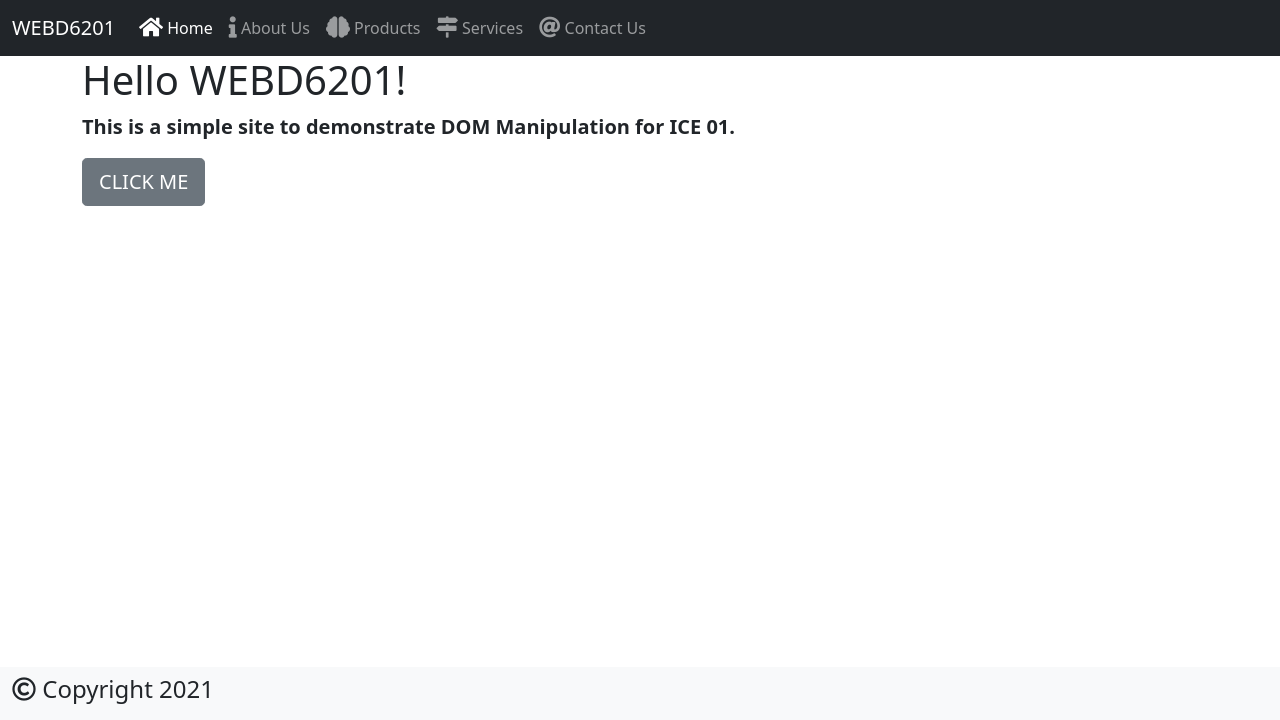
Repository: GarlicButterBoy/WEBD6201-Week1
Page: index.html
An editor plug-in stored every save of this project. The page is shown before and after a run of saves, followed by the edit.
The browser window is 1280 px wide. The pictures show the whole page.

Above is the page before, as saved 2021-01-20 09:48:55.

After the next 3 saves:
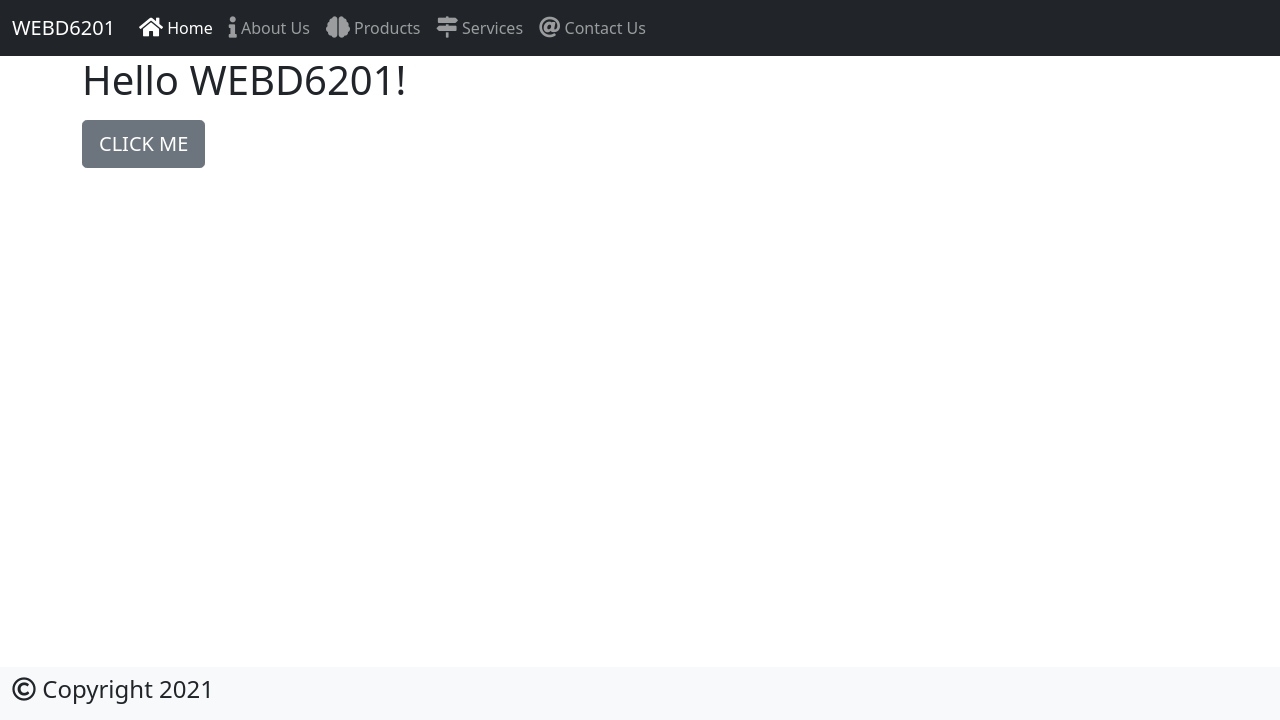
Console error: SyntaxError: Unexpected token 'for'
The 3 saves are shown as one change because they came seconds apart.
The last was saved 8 s later.
--- a/Scripts/app.js
+++ b/Scripts/app.js
@@ -29,7 +29,7 @@
        newParagraph.setAttribute("id", "paragraphTwo");
        newParagraph.textContent = "...And this is paragraph Two.";
        //Step 3. Add/Insert the element
-       let paragrapht
+       let paragraphTwoElement =
 
        for (let index = 0; index < 5; index++)
        {

After the 2 saves that followed:
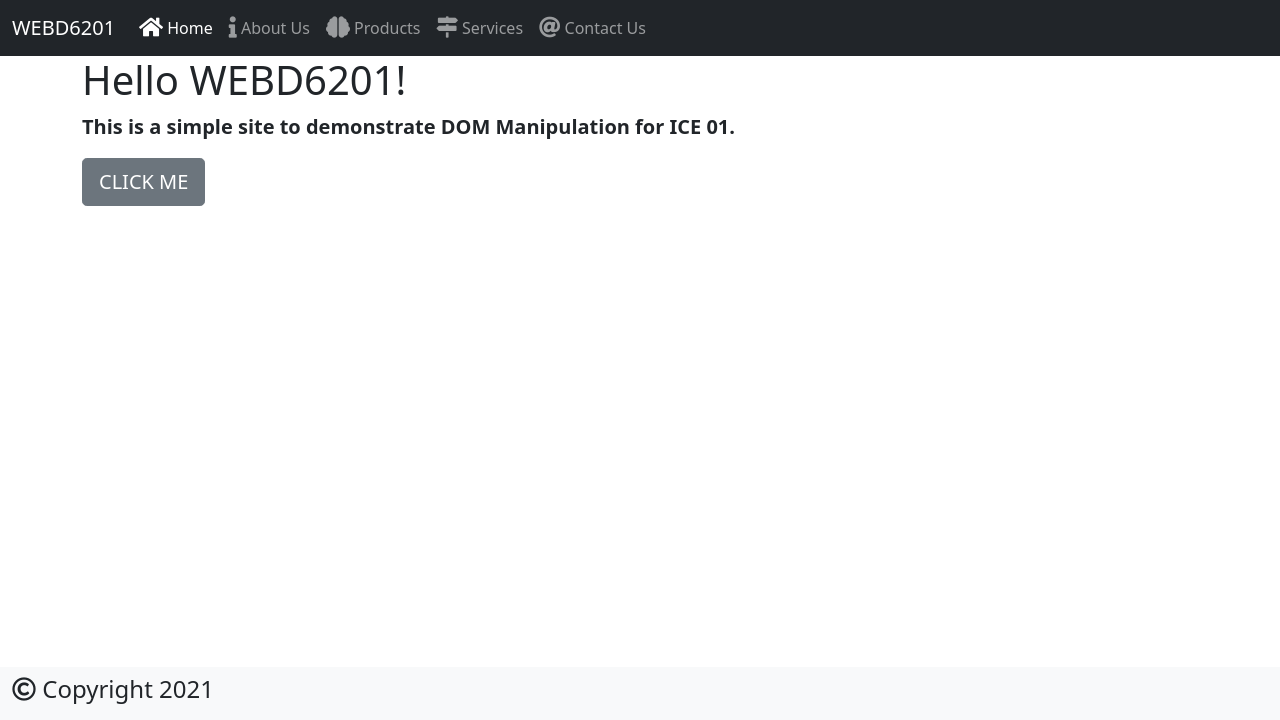
Console error: ReferenceError: docum is not defined
The 2 saves are shown as one change because they came seconds apart.
The last was saved 53 s later.
--- a/Scripts/app.js
+++ b/Scripts/app.js
@@ -29,7 +29,7 @@
        newParagraph.setAttribute("id", "paragraphTwo");
        newParagraph.textContent = "...And this is paragraph Two.";
        //Step 3. Add/Insert the element
-       let paragraphTwoElement =
+       let paragraphTwoElement = docum.get
 
        for (let index = 0; index < 5; index++)
        {
